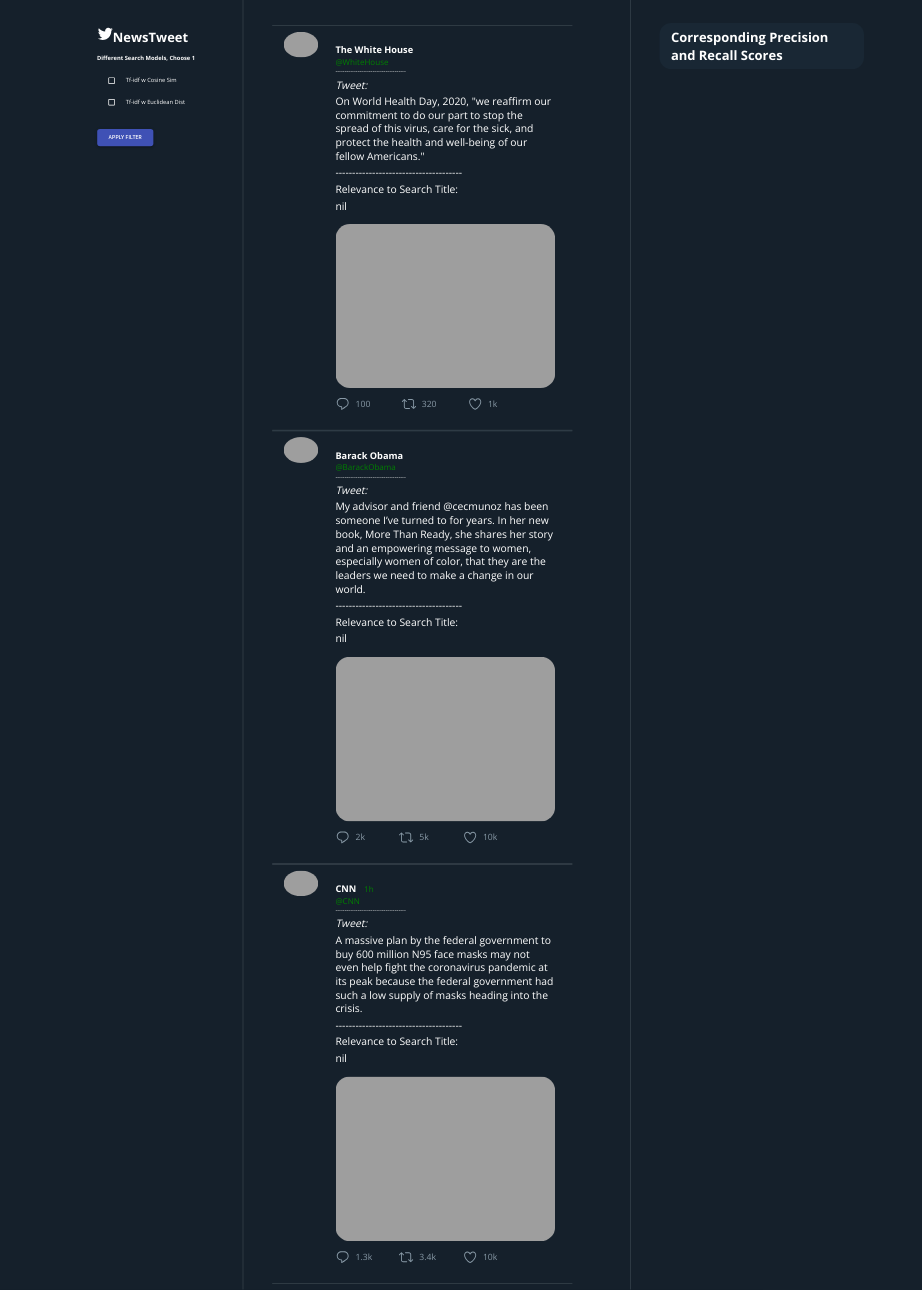
Repository: Dustyik/TwitterAIproj
Page: / (app in FrontEnd/)
An editor plug-in stored every save of this project. The page is shown before and after the next save, followed by the edit.
The browser window is 1280 px wide. The pictures show the whole page, at 72% of full size.
Pictures or frames that could not be fetched are drawn as grey boxes. The page's requests for data from a server got no answer. The project was rebuilt for these pictures with package versions that can differ from the ones it lists, and the page was loaded fresh each time. No one was signed in, and anything a server would have sent is missing. Also part of the build but not shown: FrontEnd/src/components/trending/Trend.js, FrontEnd/src/components/trending/TrendsList.js, FrontEnd/src/components/trending/FollowSuggestionCard.js, FrontEnd/src/styles/FollowList.css, FrontEnd/src/components/trending/FollowSuggestionsList.js, FrontEnd/src/components/StatusCard.js, FrontEnd/src/pages/Status.js, FrontEnd/src/components/profile/ProfileHead.js and 3 more.

Above is the page before, as saved 2021-08-03 00:01:23.

### FrontEnd/public/index.html
<!DOCTYPE html>
<html lang="en">

<head>
  <meta charset="utf-8" />
  <link rel="icon" href="%PUBLIC_URL%/favicon.ico" />
  <meta name="viewport" content="width=device-width, initial-scale=1" />
  <meta name="theme-color" content="#000000" />
  <meta name="description" content="Web site created using create-react-app" />
  <link rel="apple-touch-icon" href="%PUBLIC_URL%/logo192.png" />
  <link href="https://fonts.googleapis.com/css2?family=Open+Sans:wght@400;700&display=swap" rel="stylesheet">
  <!--
      manifest.json provides metadata used when your web app is installed on a
      user's mobile device or desktop. See https://developers.google.com/web/fundamentals/web-app-manifest/
    -->
  <link rel="manifest" href="%PUBLIC_URL%/manifest.json" />
  <!--
      Notice the use of %PUBLIC_URL% in the tags above.
      It will be replaced with the URL of the `public` folder during the build.
      Only files inside the `public` folder can be referenced from the HTML.

      Unlike "/favicon.ico" or "favicon.ico", "%PUBLIC_URL%/favicon.ico" will
      work correctly both with client-side routing and a non-root public URL.
      Learn how to configure a non-root public URL by running `npm run build`.
    -->
  <title>React App</title>
</head>

<body>
  <noscript>You need to enable JavaScript to run this app.</noscript>
  <div id="root"></div>
  <!--
      This HTML file is a template.
      If you open it directly in the browser, you will see an empty page.

      You can add webfonts, meta tags, or analytics to this file.
      The build step will place the bundled scripts into the <body> tag.

      To begin the development, run `npm start` or `yarn start`.
      To create a production bundle, use `npm run build` or `yarn build`.
    -->
</body>

</html>

### FrontEnd/src/App.js
import React from 'react';
import { BrowserRouter as Router, Route } from 'react-router-dom';
import './App.css';
import { Sidebar } from './components/Sidebar';
import { Home } from './pages/Home';
import { Trending } from './components/trending/Trending';
import { GlobalProvider } from './context/GlobalState';
import { Status } from './pages/Status';
import ScrollToTop from './utils/ScrollToTop';
import { Profile } from './pages/Profile';

function App() {
  return (
    <GlobalProvider >
      <Router >

        <ScrollToTop>
          <div className="App">
            <div className="side-nav">
              <Sidebar />
            </div>
            <div className="main trending">

              <Route exact path="/" component={Home} />
              { /*
              <Route exact path="/:id" component={Profile} />
              <Route exact path="/status/:id" component={Status} />
              */}


            </div>

            <div className="trending">
              <Trending />
            </div>
          </div>
        </ScrollToTop>

      </Router>
    </GlobalProvider>
  );
}

export default App;

### FrontEnd/src/App.css
:root {
    --body-bg        : rgb(21, 32, 43);
    --sky-blue       : rgba(29, 161, 242, 1.00);
    --light          : rgba(255, 255, 2555);
    --grey           : rgb(136, 153, 166);
    --border         : rgb(56, 68, 77);
    --thick-border   : rgb(37, 51, 65);
    --thick-border   : rgb(37, 51, 65);
    --card-background: rgb(25, 39, 52);
}

body {
    background-color: var(--body-bg);
    font-family     : 'Open Sans', sans-serif;
    padding         : 0;
    margin          : 0;
    color           : var(--light);
}

html {
    font-size: 8px;
}

::-webkit-input-placeholder {
    /* Chrome/Opera/Safari */
    font-size  : 2.5rem;
    color      : #9197a3;
    font-weight: 400;
}

::-moz-placeholder {
    /* Firefox 19+ */
    font-size  : 2.5rem;
    color      : #9197a3;
    font-weight: 400;
}

:-ms-input-placeholder {
    /* IE 10+ */
    font-size  : 2.5rem;
    color      : #9197a3;
    font-weight: 400;
}

:-moz-placeholder {
    /* Firefox 18- */
    font-size  : 2.5rem;
    color      : #9197a3;
    font-weight: 400;
}

.App {
    display              : grid;
    grid-template-columns: 2.5fr 4fr 3fr;
}

.side-nav {
    padding-left: 40%;
    padding-top : 3rem;
}

.side-nav svg {
    fill : var(--light);
    width: 2.75rem;
}

.side-nav svg:hover {
    fill: var(--sky-blue);
}

.side-nav-item {
    padding: 2rem 0;

}

.side-nav .side-nav-item .side-nav-text {
    font-size     : 2.25rem;
    font-weight   : 700;
    color         : var(--light);
    padding-left  : 3rem;
    vertical-align: bottom;
}

.avatar {
    display: inline;
}

.avatar img {
    border-radius: 50%;
}


/* helper classes */
.p-0 {
    padding: 0
}


.pl-0 {
    padding-left: 0
}

.p-1 {
    padding: 1rem;
}

.p-2 {
    padding: 2rem
}

.pr-0 {
    padding-right: 0
}

.pb-1 {
    padding-bottom: 1rem;
}

.m-0 {
    margin: 0
}

.mb-0 {
    margin-bottom: 0;
}

.text-center {
    text-align: center;
}

.w-100 {
    width: 100%;
}

.pl-1 {
    padding-left: 1rem;
}

.pr-1 {
    padding-right: 1rem;
}

ul {
    list-style: none;
}

.flex-align-center {
    display    : flex;
    align-items: center;
}

.flex-space-between {
    display        : flex;
    justify-content: space-between;
}

.inline-block {
    display: inline-block;

}


.btn {
    color      : var(--light);
    font-weight: 700;
    cursor     : pointer;
    border     : none;
    background : transparent;
}

.tweet-btn {
    border-radius   : 4rem;
    font-size       : 2rem;
    padding         : 1.5rem;
    background-color: var(--sky-blue);
    width           : 80%;
}

.follow-btn {
    border-radius: 3rem;
    font-size    : 2rem;
    padding      : 0.5rem;
    font-weight  : 700;
    color        : var(--sky-blue);
    border       : 1px solid var(--sky-blue);
}

.pointer {
    cursor: pointer;
}

.bold-dull-para {
    font-size: 1.75rem;
    color    : var(--grey);
}

a {
    text-decoration: none;
    color          : inherit;
}

h1 {
    font-size  : 2.25rem;
    font-weight: 700;
    color      : var(--light);
}

h2 {
    font-size  : 2rem;
    font-weight: 700;
    color      : var(--light);
}

input:focus {
    outline: none;
}

### FrontEnd/src/components/trending/Trending.js
import React from 'react';
import '../../styles/Trending.css';
import { SearchIcon } from '../../images/svg/svgs'
import { TrendsList } from './TrendsList';
import { FollowSuggestionsList } from './FollowSuggestionsList';


export const Trending = () => {
    return (
        <>
            <div>

                <div className="trends-list m-0">
                    {/*
                    <TrendsList />
                    */}
                    <h1>
                    Corresponding Precision and Recall Scores
                    </h1>
                </div>
                {/*
                <div className="follow-list">
                    <FollowSuggestionsList />
                </div>
                */}
            </div>
        </>
    )
}

### FrontEnd/src/utils/ScrollToTop.js
import React, { useEffect, Fragment } from 'react';
import { withRouter } from 'react-router-dom';

function ScrollToTop({ history, children }) {
    useEffect(() => {
        const unlisten = history.listen(() => {
            window.scrollTo(0, 0);
        });
        return () => {
            unlisten();
        }
    }, []);

    return <Fragment>{children}</Fragment>;
}

export default withRouter(ScrollToTop);

### FrontEnd/src/images/avatars.js
import React from 'react'

export const SmallAvatar = ({ width, image }) => {
    return (
        <div className="avatar">
            <img width={width} src={image} alt="avatar" />
        </div>
    )
}

### FrontEnd/src/apifunctions.js
import axios from 'axios';

export const getTweets = () => {
    return axios.get("http://localhost:5000/getTweets")
}

export const applySearchFilters = (data, title, id) => {
    return axios.post("http://localhost:5000/applySearchModels", {
            data: data,
            queryTitle: title,
            articleId: id

        }
    )
}

### FrontEnd/src/styles/Main.css
/* main styles */
.main {
    border-left : 1px solid var(--border);
    border-right: 1px solid var(--border);
    ;
}

.home {
    padding-left : 2.5rem;
    border-bottom: 1px solid var(--border);
}

.new-tweet {
    padding              : 1rem;
    display              : grid;
    grid-template-columns: 1fr 9fr;
    border-bottom        : 1rem solid var(--thick-border);
}

.new-tweet .left,
.right {
    padding: 0 1rem;
}

.new-tweet input {
    padding    : 2rem 0;
    background : transparent;
    border     : none;
    color      : var(--light);
    font-size  : 2rem;
    font-weight: 700;
}

.new-tweet-options {
    padding-right  : 1rem;
    display        : flex;
    justify-content: space-between;
    align-items    : center;
}

.new-tweet .add-icons {
    margin-right: 1rem;
}

.new-tweet .add-icons svg {
    width  : 3rem;
    fill   : var(--sky-blue);
    padding: 1rem;
}

.new-tweet .add-icons svg:first-child {
    padding-left: 0;
}

### FrontEnd/src/components/TweetList.js
import React, { useContext } from 'react'
import TweetCard from './TweetCard'
import { GlobalContext } from '../context/GlobalState'

export const TweetList = () => {
    const { tweets } = useContext(GlobalContext);

    return (
        <>
            {console.log(tweets)}
            {tweets.map((tweet, index) => (<TweetCard key={index} tweet={tweet} />))}
        </>
    )
}

### FrontEnd/src/styles/Trending.css
.trending {
    padding: 1rem 10rem 1rem 5rem;
}

.trending .search-box {
    width     : 100%;
    background: transparent;

    background-color: var(--thick-border);
    border-radius   : 5rem;
    border          : none;
}

.trending .search-box svg {
    width       : 3rem;
    fill        : var(--grey);
    padding-left: 1rem;

}

.trending .search-box input {
    padding   : 1.5rem;
    font-size : 2rem;
    width     : 100%;
    background: transparent;
    border    : none;
    color     : var(--light);
}

.trends-list {
    background-color: var(--card-background);
    border-radius   : 2rem;
    margin-top      : 3rem;
}

.trends-list h1 {
    padding: 1rem 2rem;

}

.trends-for-you {
    padding-right: 1rem;
}

.trends-for-you svg {
    width: 3.5rem;
    fill : var(--sky-blue);
}

.trends-card {
    border-top   : 1px solid var(--border);
    border-bottom: 1px solid var(--border);
    padding      : 2rem;
}

.trends :last-child {
    border-bottom: none;
}

.trends-topic {
    font-size: 1.5rem;
    color    : var(--grey);
}

.trend-tweet-count {
    font-size: 1.75rem;
    color    : var(--grey);
}



.trending ::-webkit-input-placeholder {
    /* Chrome/Opera/Safari */
    font-size  : 2rem;
    color      : #9197a3;
    font-weight: 400;
}

.trending ::-moz-placeholder {
    /* Firefox 19+ */
    font-size  : 2rem;
    color      : #9197a3;
    font-weight: 400;
}

.trending :-ms-input-placeholder {
    /* IE 10+ */
    font-size  : 2rem;
    color      : #9197a3;
    font-weight: 400;
}

.trending :-moz-placeholder {
    /* Firefox 18- */
    font-size  : 2rem;
    color      : #9197a3;
    font-weight: 400;
}

### FrontEnd/src/context/AppReducer.js
const MAX = 30
const MIN = 0

export default (state, action) => {
    switch (action.type) {
        case 'DELETE_TRANSACTION':
            return {
                ...state,
                transactions: state.transactions.filter(transaction => transaction.id !== action.payload)
            }
        case 'ADD_TWEET':
            const newTweet = {
                user: {
                    name: action.payload.name,
                    image: action.payload.image,
                    handle: `@${action.payload.name}`,
                },
                tweet: {
                    content: action.payload.tweet,
                    image: null,
                    comments: Math.floor(Math.random()*(MAX-MIN)+MIN),
                    retweets: Math.floor(Math.random()*(MAX-MIN)+MIN),
                    likes: Math.floor(Math.random()*(MAX-MIN)+MIN),
                    relevance: action.payload.relevance
                }
            };
            return {
                ...state,
                tweets: [...state.tweets, newTweet]
            }

        case "SET_TWEETS":
            return {
            ...state,
            tweets: action.payload
        }

        case "SET_SEARCH_MODEL":
            return {
            ...state,
            searchModels: action.payload
        }

        case "REMOVE_ALL_TWEETS":
            return {
            ...state,
            tweets: []
        }


        default:
            return state
    }
}

### FrontEnd/src/styles/StatusCard.css
.tweets {}

.status-card {
    /* padding              : 1rem;
    display                 : grid;
    grid-template-columns   : 1fr 9fr; */
    border-bottom           : 0.5px solid var(--border);
    border-top              : 0.5px solid var(--border);

}

.status-card .left,
.right {
    padding: 2rem;
}

.status-card .left {
    display    : flex;
    align-items: center;

}

.status-card .right {
    padding-top: 0;
}

.status-card .status-card-name {
    font-size    : 2rem;
    font-weight  : 700;
    padding-right: 1rem;
}

.status-card .status-card-handle,
.status-card-time {
    font-size: 1.5rem;
    color    : var(--grey);
}

.status-card .status-card-body .status-card-content p {
    font-size : 2.5rem;
    margin-top: .5rem;
}

.status-card .status-card-body .status-card-image {
    margin-top: 2rem;
}

.status-card .status-card-body .status-card-image img {
    width        : 100%;
    border-radius: 20px;
}

.status-card .status-card-footer {
    padding-right: 10rem;
    display      : flex;

    justify-content: space-around;
    padding-top    : 1rem;
    width          : 100%;
}

.status-card .status-card-footer svg {
    fill : var(--grey);
    width: 2.5rem;
}

.status-card .status-card-footer .tweet-cars-icon {
    line-height : 2;
    font-size   : 1.5rem;
    color       : var(--grey);
    padding-left: 1rem;
}

.status {
    display    : flex;
    align-items: center;
    padding    : 0 2rem;
    display    : flex;
    align-items: center;
}

.status h1 {
    display     : inline-block;
    padding-left: 1rem;
}

.status svg {
    width: 4rem;
    fill : var(--sky-blue);
}

### FrontEnd/src/styles/TweetCard.css
.tweets {}

.tweet-card {
    padding              : 1rem;
    display              : grid;
    grid-template-columns: 1fr 9fr;
    border-bottom        : 0.5px solid var(--border);
    border-top           : 0.5px solid var(--border);

}

.tweet-card .left,
.right {
    padding: 0 1rem;
}

.tweet-card .tweet-card-head .tweet-card-name {
    font-size    : 1.6rem;
    padding-right: 1rem;
    font-weight: bold;
}

.tweet-card .tweet-card-head .tweet-card-name:hover {
    text-decoration: underline;
}

.tweet-card .tweet-card-handle,
.tweet-card-time {
    font-size    : 1.4rem;
    padding-right: 1rem;
    font-weight: lighter;
    color: green;
}

.tweet-card .tweet-card-body .tweet-card-content p {
    font-size : 1.8rem;
    margin-top: .5rem;
}

.tweet-card .tweet-card-body .tweet-card-image {
    margin-top: 2rem;
}

.tweet-card .tweet-card-body .tweet-card-image img {
    width        : 100%;
    border-radius: 20px;
}

.tweet-card .tweet-card-footer {
    padding-right  : 10rem;
    display        : flex;
    justify-content: space-between;
    padding-top    : 1rem;
}

.tweet-card .tweet-card-footer svg {
    fill : var(--grey);
    width: 2.5rem;
}

.tweet-card .tweet-card-footer .tweet-cars-icon {
    line-height : 2;
    font-size   : 1.5REM;
    color       : var(--grey);
    padding-left: 1rem;
}

Loaded but not shown: FrontEnd/src/index.js (common file); FrontEnd/src/images/svg/svgs.js (66 lines, source omitted); FrontEnd/src/context/GlobalState.js (113 lines, source omitted); FrontEnd/src/pages/Home.js (92 lines, source omitted); FrontEnd/src/components/TweetCard.js (66 lines, source omitted); FrontEnd/src/components/Sidebar.js (112 lines, source omitted)

After the next save:
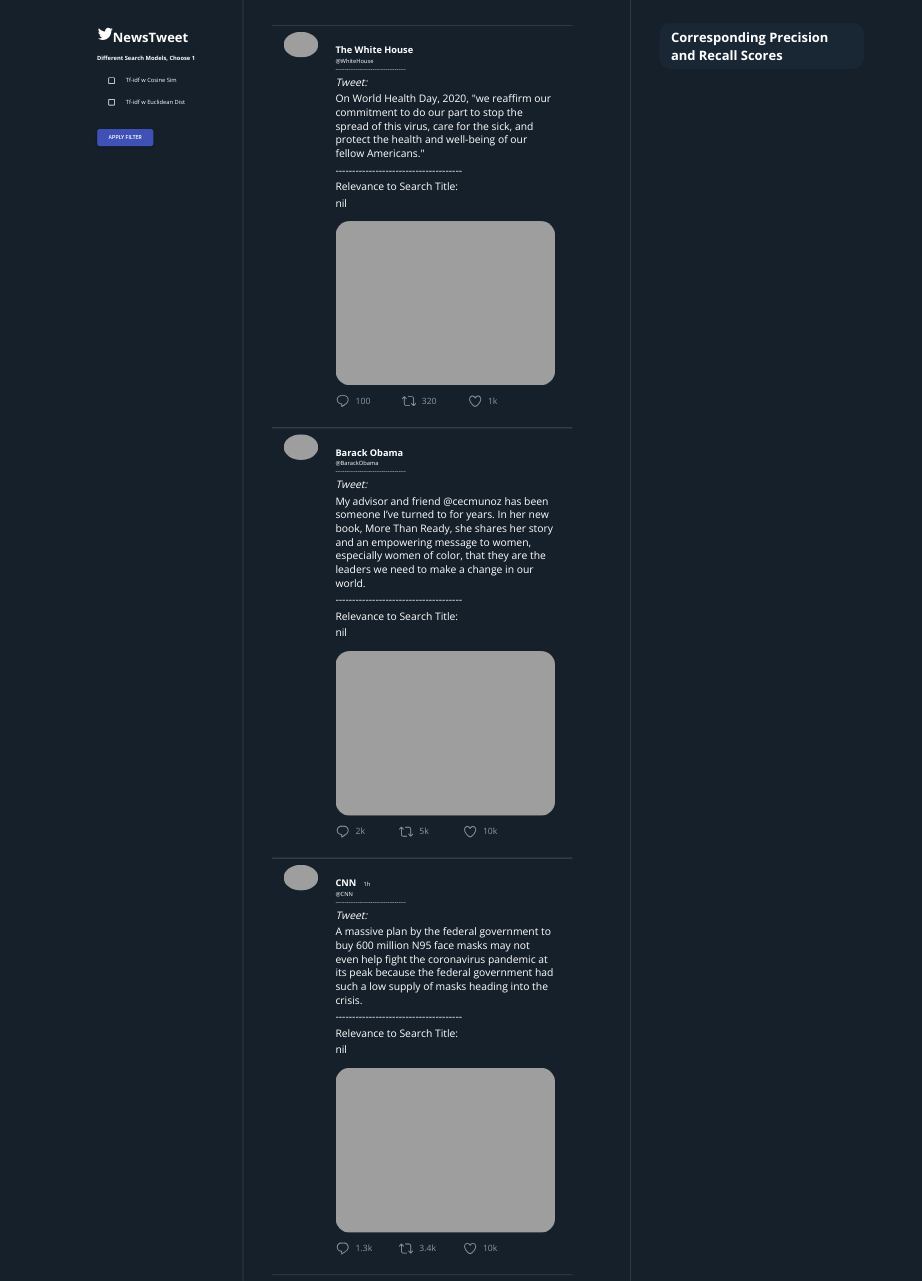
Saved 6 s later.
--- a/FrontEnd/src/styles/TweetCard.css
+++ b/FrontEnd/src/styles/TweetCard.css
@@ -24,8 +24,7 @@
     text-decoration: underline;
 }
 
-.tweet-card .tweet-card-handle,
-.tweet-card-time {
+.tweet-card .tweet-card-handle, {
     font-size    : 1.4rem;
     padding-right: 1rem;
     font-weight: lighter;

After the save that followed:
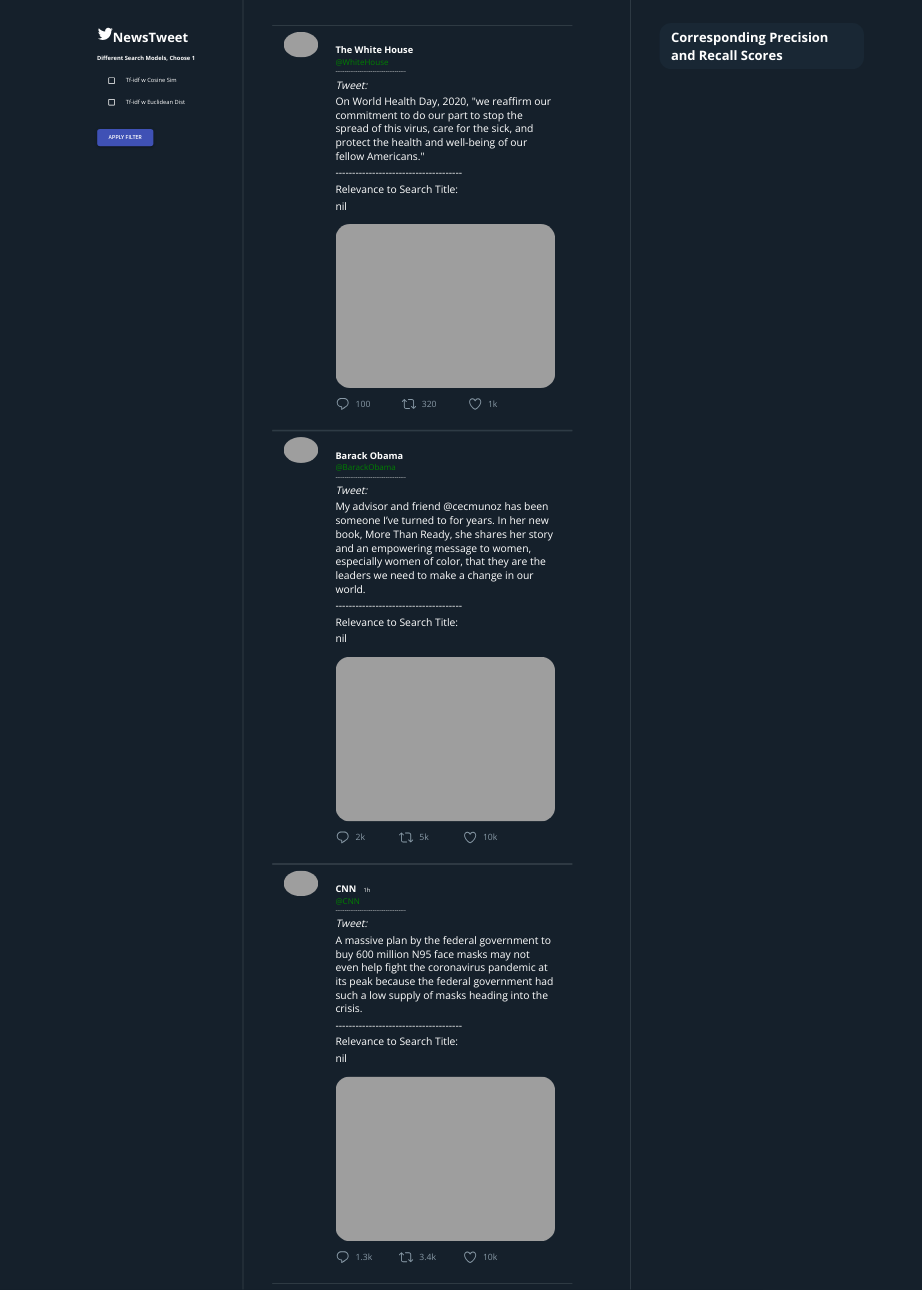
Saved 7 s later.
--- a/FrontEnd/src/styles/TweetCard.css
+++ b/FrontEnd/src/styles/TweetCard.css
@@ -24,7 +24,7 @@
     text-decoration: underline;
 }
 
-.tweet-card .tweet-card-handle, {
+.tweet-card .tweet-card-handle {
     font-size    : 1.4rem;
     padding-right: 1rem;
     font-weight: lighter;
